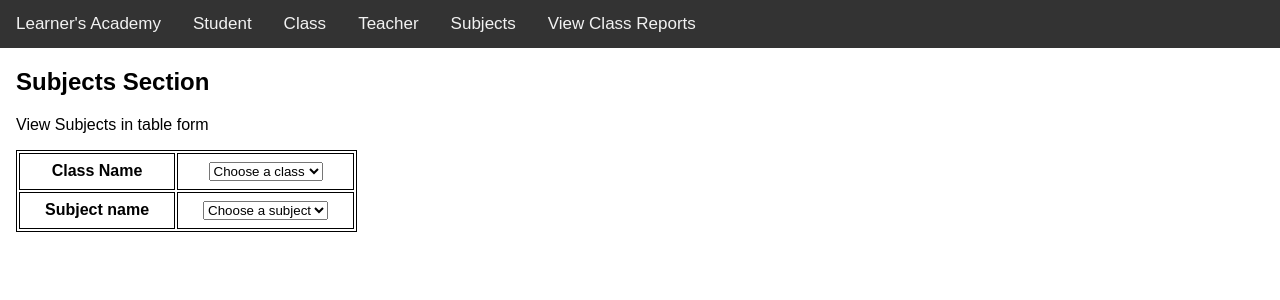
Repository: chirag627/Phase-2-Project
Page: http://localhost/Academy/web/class/assign_class.jsp
An editor plug-in stored every save of this project. The page is shown before and after the next save, followed by the edit.
The browser window is 1280 px wide. The pictures show the whole page.
The page is served by Tomcat 9. The template is opened directly, without the code that normally fills it, so the values that code supplies are empty.

Above is the page before, as saved 2022-08-15 12:20:57.

After the next save:
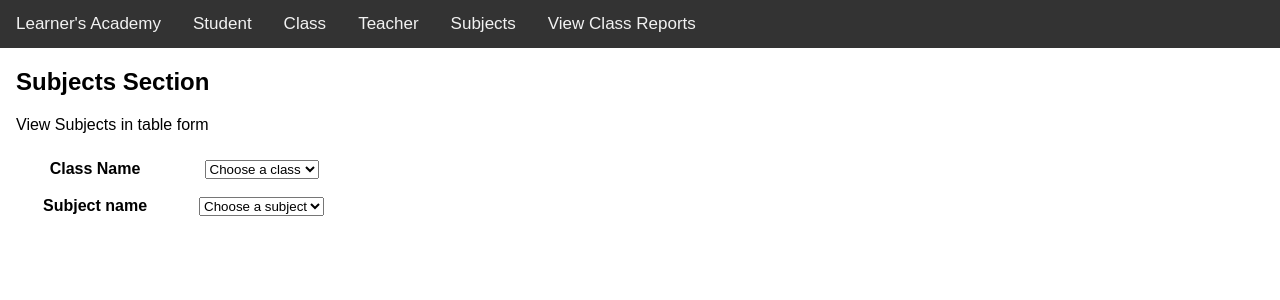
Saved 33 s later.
--- a/Academy/src/main/webapp/web/class/assign_class.jsp
+++ b/Academy/src/main/webapp/web/class/assign_class.jsp
@@ -11,12 +11,10 @@ td, th {
 	padding-right: 25px;
 	padding-top: 8px;
 	padding-bottom: 8px;
-	border: 1px solid black;
+
 }
 
-table {
-	border: 1px solid black;
-}
+
 
 body {
 	margin: 0;
